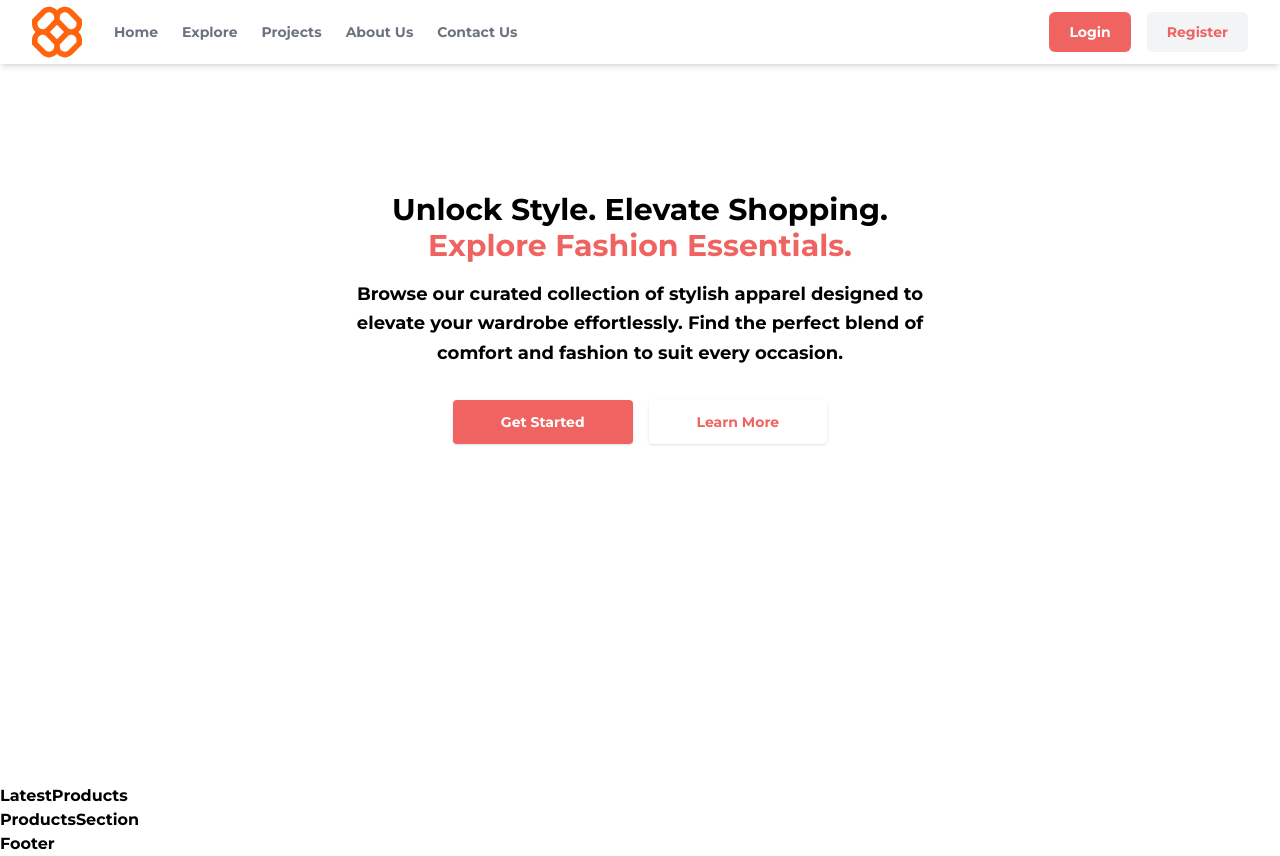
Repository: YahiaSala7/E-commerce-Project
Page: / (app in ecommerce/)
An editor plug-in stored every save of this project. The page is shown before and after the next save, followed by the edit.
The browser window is 1280 px wide. The pictures show the whole page.
The page's requests for data from a server got no answer. The project was rebuilt for these pictures with package versions that can differ from the ones it lists, and the page was loaded fresh each time. The framework's server and built-in components were replaced by stand-ins that run in the browser. No one was signed in, and anything a server would have sent is missing. Also part of the build but not shown: ecommerce/next.config.mjs.

Above is the page before, as saved 2024-07-25 20:45:01.

### ecommerce/app/layout.js
import { Montserrat } from "next/font/google";
import "./globals.css";
import Header from "./_Components/Header";
import Footer from "./_Components/Footer";

const inter = Montserrat({ subsets: ["latin"], weight: "700" });

export const metadata = {
  title: "Create Next App",
  description: "Generated by create next app",
};

export default function RootLayout({ children }) {
  return (
    <html lang="en">
      <body className={inter.className}>
        <Header />
        {children}
        <Footer />
      </body>
    </html>
  );
}

### ecommerce/app/page.js
import Image from "next/image";
import Hero from "./_Components/Hero";
import ProductsSection from "./_Components/ProductsSection";

export default function Home() {
  return (
    <div className="home">
      <Hero />
      <ProductsSection />
    </div>
  );
}

### ecommerce/app/globals.css
@tailwind base;
@tailwind components;
@tailwind utilities;

:root {
  /* --foreground-rgb: 0, 0, 0; */
  /* --background-start-rgb: 214, 219, 220;
  --background-end-rgb: 255, 255, 255; */
}

@media (prefers-color-scheme: dark) {
  :root {
    /* --foreground-rgb: 0, 0, 0; */
    /* --background-start-rgb: 0, 0, 0;
    --background-end-rgb: 0, 0, 0; */
  }
}

body {
  color: rgb(var(--foreground-rgb));
  background: linear-gradient(
      to bottom,
      transparent,
      rgb(var(--background-end-rgb))
    )
    rgb(var(--background-start-rgb));
}

@layer utilities {
  .text-balance {
    text-wrap: balance;
  }
}

### ecommerce/app/_Components/Header.jsx
import React from "react";

function Header() {
  return (
    <header className="bg-white shadow-md">
      <div className="mx-auto flex h-16 max-w-screen-xl items-center gap-8 px-4 sm:px-6 lg:px-8 ">
        <img src="/logo.svg" width={"50px"} height={"50px"} />

        <div className="flex flex-1 items-center justify-end md:justify-between">
          <nav aria-label="Global" className="hidden md:block">
            <ul className="flex items-center gap-6 text-sm">
              <li>
                <a
                  className="text-gray-500 transition hover:text-gray-500/75"
                  href="#">
                  {" "}
                  Home{" "}
                </a>
              </li>

              <li>
                <a
                  className="text-gray-500 transition hover:text-gray-500/75"
                  href="#">
                  {" "}
                  Explore{" "}
                </a>
              </li>

              <li>
                <a
                  className="text-gray-500 transition hover:text-gray-500/75"
                  href="#">
                  {" "}
                  Projects{" "}
                </a>
              </li>

              <li>
                <a
                  className="text-gray-500 transition hover:text-gray-500/75"
                  href="#">
                  {" "}
                  About Us{" "}
                </a>
              </li>

              <li>
                <a
                  className="text-gray-500 transition hover:text-gray-500/75"
                  href="#">
                  {" "}
                  Contact Us{" "}
                </a>
              </li>
            </ul>
          </nav>

          <div className="flex items-center gap-4">
            <div className="sm:flex sm:gap-4">
              <a
                className="block rounded-md bg-primary px-5 py-2.5 text-sm font-medium text-white transition hover:bg-secondary "
                href="#">
                Login
              </a>

              <a
                className="hidden rounded-md bg-gray-100 px-5 py-2.5 text-sm font-medium text-primary transition hover:text-secondary sm:block"
                href="#">
                Register
              </a>
            </div>

            <button className="block rounded bg-gray-100 p-2.5 text-gray-600 transition hover:text-gray-600/75 md:hidden">
              <span className="sr-only">Toggle menu</span>
              <svg
                xmlns="http://www.w3.org/2000/svg"
                className="h-5 w-5"
                fill="none"
                viewBox="0 0 24 24"
                stroke="currentColor"
                strokeWidth="2">
                <path
                  strokeLinecap="round"
                  strokeLinejoin="round"
                  d="M4 6h16M4 12h16M4 18h16"
                />
              </svg>
            </button>
          </div>
        </div>
      </div>
    </header>
  );
}

export default Header;

### ecommerce/app/_Components/Hero.jsx
import React from "react";

function Hero() {
  return (
    <section className="">
      <div className="mx-auto max-w-screen-xl px-4 py-32 lg:flex lg:h-screen">
        <div className="mx-auto max-w-xl text-center">
          <h1 className="text-2xl font-extrabold sm:text-3xl ">
            Unlock Style. Elevate Shopping.
            <strong className="font-extrabold text-primary sm:block">
              {" "}
              Explore Fashion Essentials.{" "}
            </strong>
          </h1>

          <p className="mt-4 sm:text-[18px]/relaxed">
            Browse our curated collection of stylish apparel designed to elevate
            your wardrobe effortlessly. Find the perfect blend of comfort and
            fashion to suit every occasion.
          </p>

          <div className="mt-8 flex flex-wrap justify-center gap-4">
            <a
              className="block w-full rounded bg-primary px-12 py-3 text-sm font-medium text-white shadow hover:bg-secondary focus:outline-none focus:ring active:bg-red-500 sm:w-auto"
              href="#">
              Get Started
            </a>

            <a
              className="block w-full rounded px-12 py-3 text-sm font-medium text-primary shadow hover:text-secondary focus:outline-none focus:ring active:text-red-500 sm:w-auto"
              href="#">
              Learn More
            </a>
          </div>
        </div>
      </div>
    </section>
  );
}

export default Hero;

### ecommerce/app/_Components/ProductsSection.jsx
import React from "react";
import LatestProducts from "./LatestProducts";

function ProductsSection() {
  return (
    <>
      <LatestProducts />
      <div>ProductsSection</div>
    </>
  );
}

export default ProductsSection;

### ecommerce/app/_Components/LatestProducts.jsx
import React from "react";
import ProdcutApis from "../_utils/ProdcutApis";

function LatestProducts() {
  const getLatestProducts_ = () => {
    ProdcutApis.getLatestProducts().then((res) => {
      console.log(res.data);
    });
  };
  return <div>LatestProducts</div>;
}

export default LatestProducts;

### ecommerce/app/_utils/ProdcutApis.js
const { default: dataFetching } = require("./dataFetching");

const getLatestProducts = dataFetching.get("/products");

export default {
  getLatestProducts,
};

### ecommerce/app/_utils/dataFetching.js
const { default: axios } = require("axios");

const apiKey = process.env.NEXT_PUBLIC_REST_API_KEY;
const baseUrl = "http://localhost:1337/api";

const dataFetching = axios.create({
  baseURL: baseUrl,
  headers: {
    Authorization: `Bearer ${apiKey}`,
  },
});

export default dataFetching;

### ecommerce/tailwind.config.js
/** @type {import('tailwindcss').Config} */
module.exports = {
  content: [
    "./pages/**/*.{js,ts,jsx,tsx,mdx}",
    "./components/**/*.{js,ts,jsx,tsx,mdx}",
    "./app/**/*.{js,ts,jsx,tsx,mdx}",
  ],
  theme: {
    extend: {
      backgroundImage: {
        "gradient-radial": "radial-gradient(var(--tw-gradient-stops))",
        "gradient-conic":
          "conic-gradient(from 180deg at 50% 50%, var(--tw-gradient-stops))",
      },
      colors: {
        primary: "#EF6461",
        secondary: " #B83D3A",
      },
    },
  },
  plugins: [],
};

Loaded but not shown: ecommerce/app/_Components/Footer.jsx (common file)

After the next save:
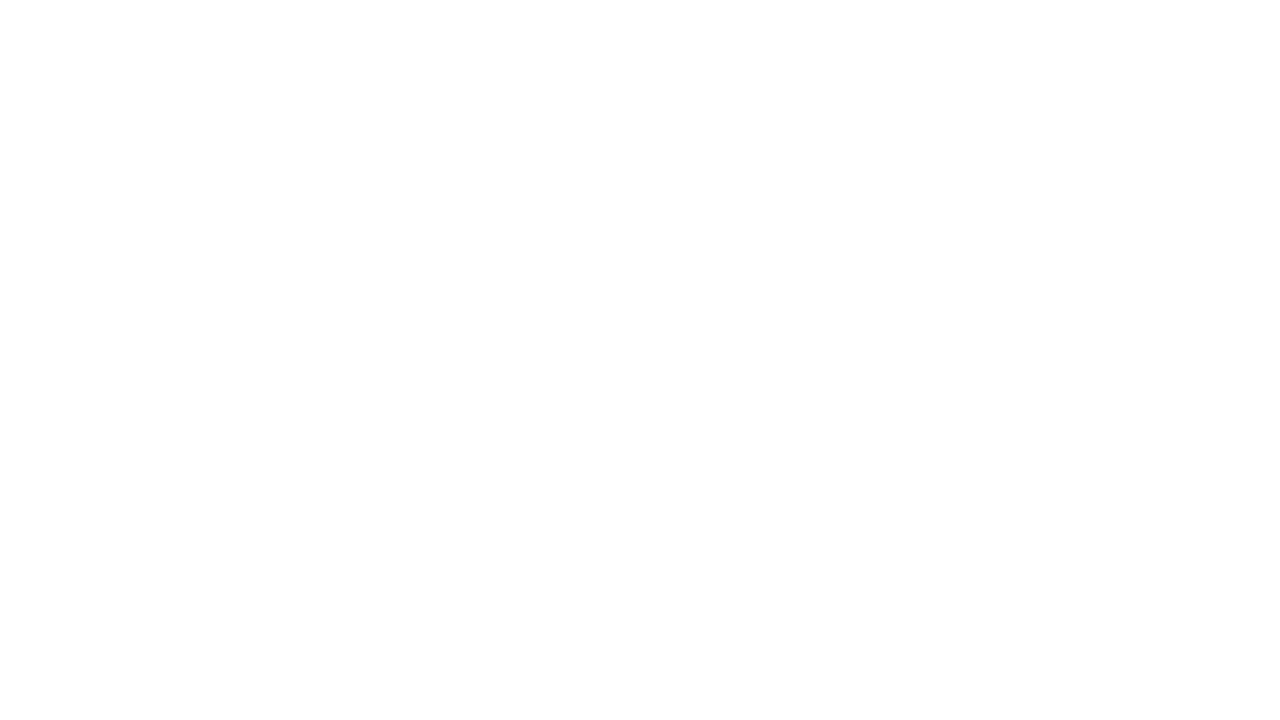
Saved 30 s later.
--- a/ecommerce/app/_Components/LatestProducts.jsx
+++ b/ecommerce/app/_Components/LatestProducts.jsx
@@ -1,7 +1,10 @@
-import React from "react";
+import React, { useEffect } from "react";
 import ProdcutApis from "../_utils/ProdcutApis";
 
 function LatestProducts() {
+  useEffect(() => {
+    getLatestProducts_();
+  }, []);
   const getLatestProducts_ = () => {
     ProdcutApis.getLatestProducts().then((res) => {
       console.log(res.data);

After the 3 saves that followed:
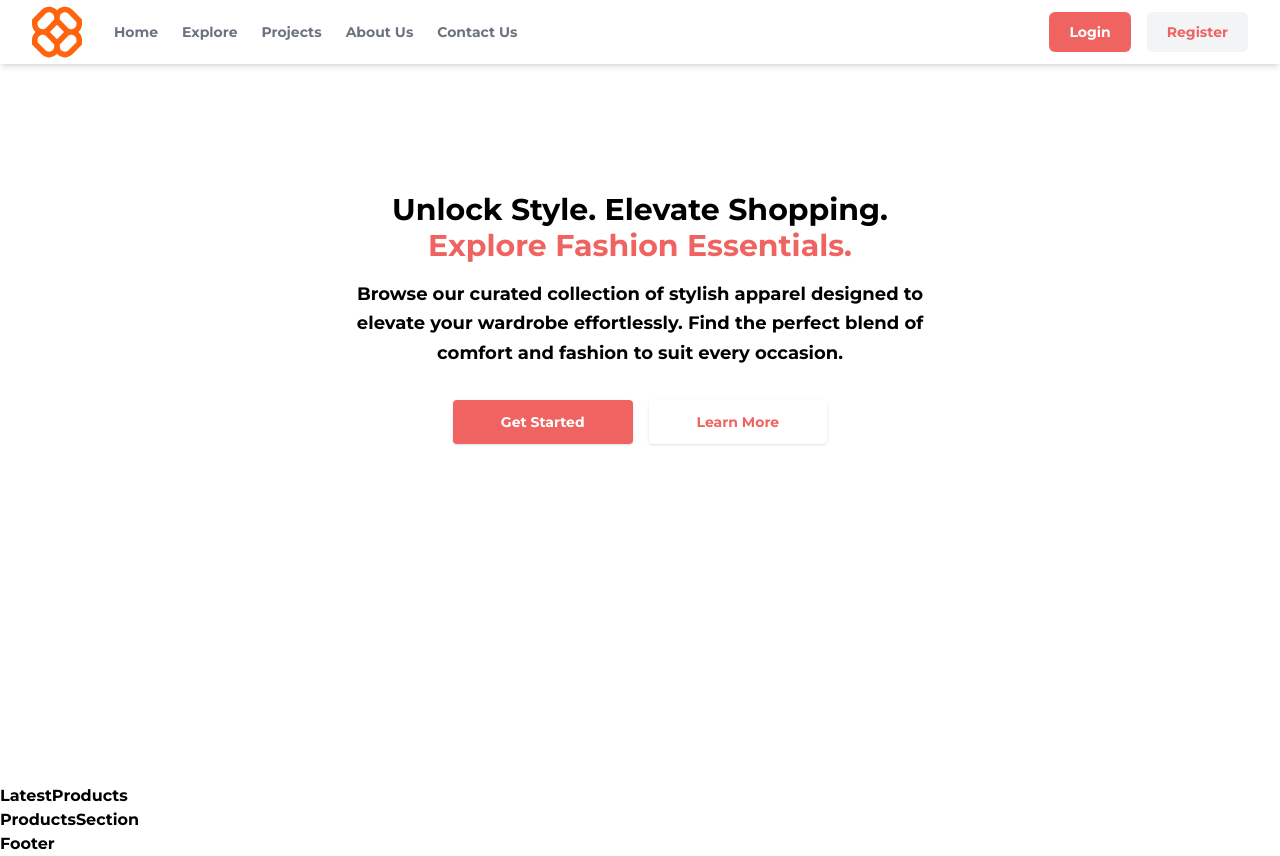
The 3 saves are shown as one change because 2 left the picture as it was.
The last was saved 3 min 40 s later.
--- a/ecommerce/app/_Components/LatestProducts.jsx
+++ b/ecommerce/app/_Components/LatestProducts.jsx
@@ -1,3 +1,4 @@
+"use client";
 import React, { useEffect } from "react";
 import ProdcutApis from "../_utils/ProdcutApis";
 
@@ -6,7 +7,7 @@
     getLatestProducts_();
   }, []);
   const getLatestProducts_ = () => {
-    ProdcutApis.getLatestProducts().then((res) => {
+    ProdcutApis.getLatestProducts.then((res) => {
       console.log(res.data);
     });
   };
